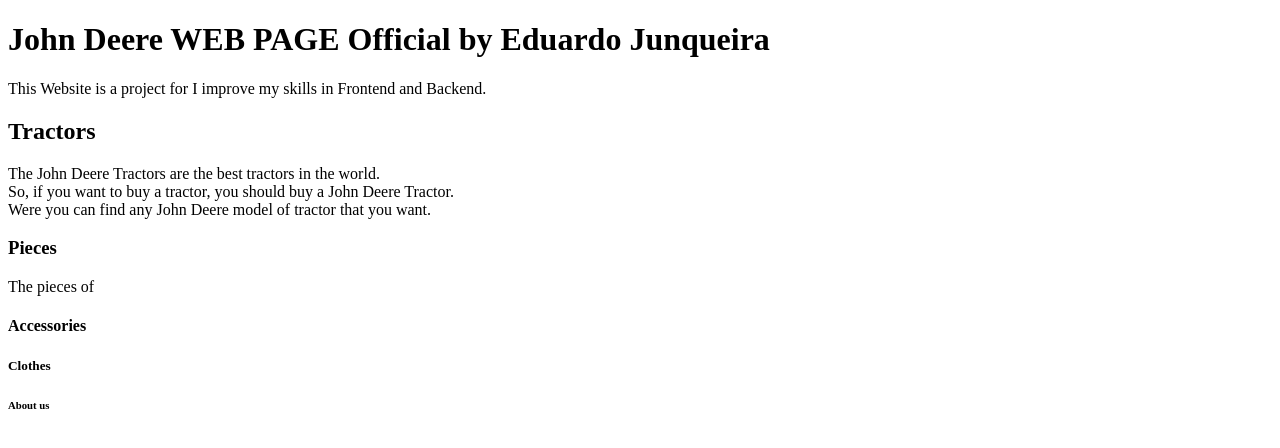
Repository: EduardoJunqueira2004/WEBJohnDeere
Page: index.html
An editor plug-in stored every save of this project. The page is shown before and after a run of saves, followed by the edit.
The browser window is 1280 px wide. The pictures show the whole page.

Above is the page before, as saved 2024-12-05 11:00:30.

### index.html
<!DOCTYPE html>
<html lang="en">
<head>
    <meta charset="UTF-8">
    <meta name="viewport" content="width=device-width, initial-scale=1.0">
    <title>Index.html</title>
</head>
<body>
    <!--heder1-->
    <h1>John Deere WEB PAGE Official by Eduardo Junqueira</h1>
    <p>
        This Website is a project for I improve my skills in Frontend and Backend.
    </p>
    <!--heder2-->
    <h2>Tractors</h2>
    <p>
        The John Deere Tractors are the best tractors in the world.<br>
        So, if you want to buy a tractor, you should buy a John Deere Tractor.<br>
        Were you can find any John Deere  model of tractor that you want.
    </p>
    <!--heder3-->
    <h3>Pieces</h3>
    <p>
        The pieces of
    </p>
    <!--heder4-->
    <h4>Accessories</h4>
    <!--heder5-->
    <h5>Clothes</h5>
    <!--heder6-->
    <h6>About us</h6>

</body>
</html>

After the next 2 saves:
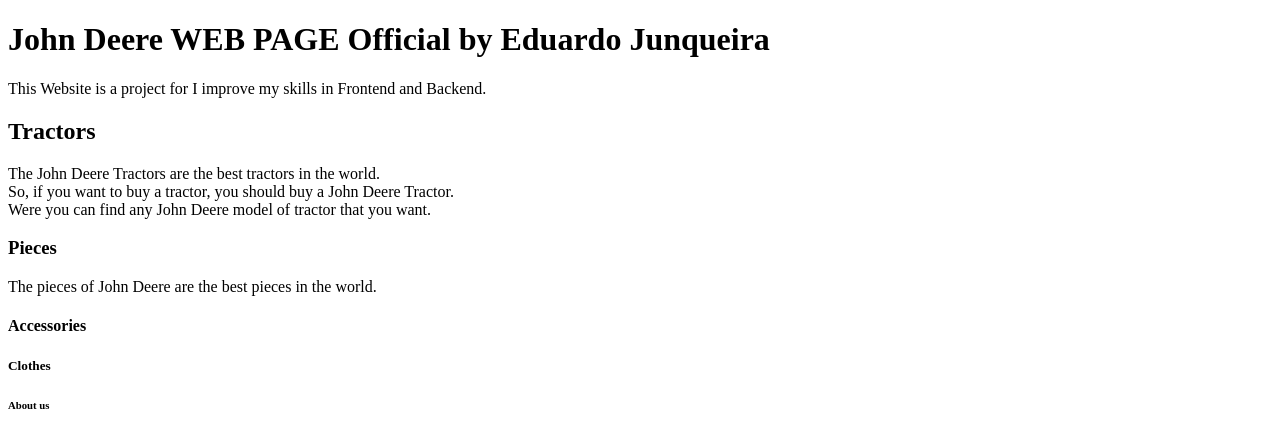
The 2 saves are shown as one change because they came seconds apart.
The last was saved 6 s later.
--- a/index.html
+++ b/index.html
@@ -21,7 +21,8 @@
     <!--heder3-->
     <h3>Pieces</h3>
     <p>
-        The pieces of
+        The pieces of John Deere are the best pieces in the world.<br>
+
     </p>
     <!--heder4-->
     <h4>Accessories</h4>
